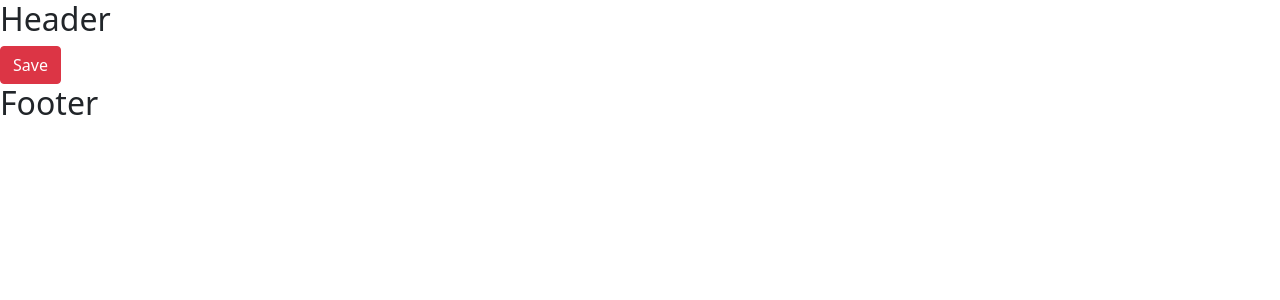
Repository: FS-23/php-getstarted
Page: http://localhost/index.php
An editor plug-in stored every save of this project. The page is shown before and after the next save, followed by the edit.
The browser window is 1280 px wide. The pictures show the whole page.
The page is run by PHP 8.4 with error messages shown; the project is at /var/www/html/.

Above is the page before, as saved 2022-05-27 14:53:09.

After the next save:
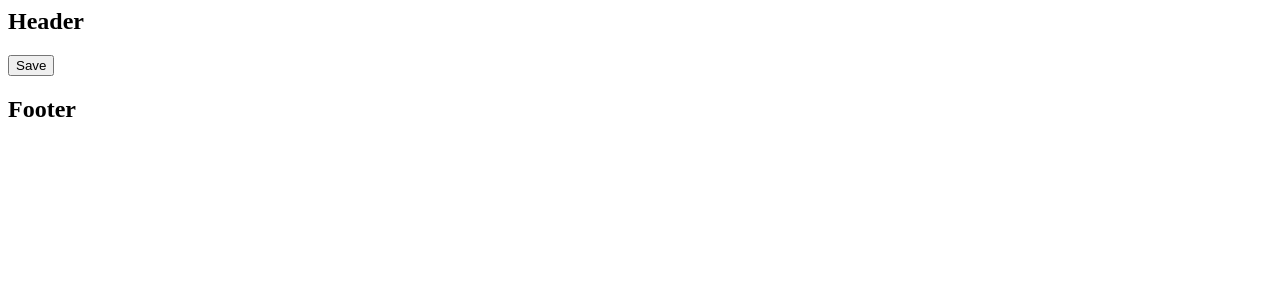
Saved 45 s later.
--- a/demoAPP/index.php
+++ b/demoAPP/index.php
@@ -1,13 +1,4 @@
-<!DOCTYPE html>
-<html lang="en">
-<head>
-    <meta charset="UTF-8">
-    <meta http-equiv="X-UA-Compatible" content="IE=edge">
-    <meta name="viewport" content="width=device-width, initial-scale=1.0">
-    <title>Document</title>
-    <link rel="stylesheet" href="https://cdn.jsdelivr.net/npm/bootstrap@5.1.3/dist/css/bootstrap.min.css">
-</head>
-<body>
+
      <?php require_once './layouts/header.php' ?>
      <button class="btn btn-danger">Save</button>
      <?php require_once './layouts/footer.php' ?>
